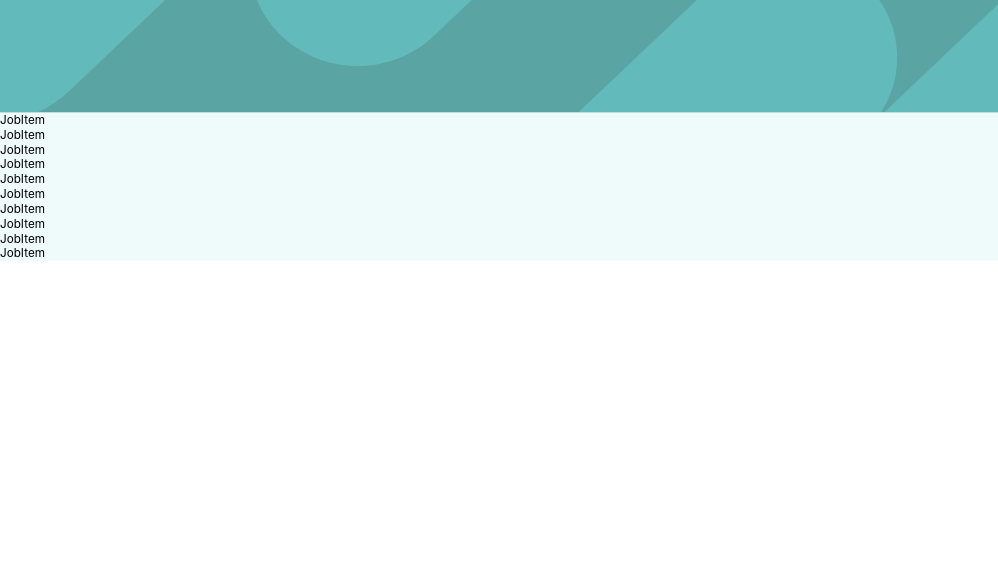
Repository: DevLaukey/job-listing
Page: /
An editor plug-in stored every save of this project. The page is shown before and after a run of saves, followed by the edit.
The browser window is 1280 px wide. The pictures show the whole page, at 78% of full size.
Some web fonts or font styles are not loaded; a fallback is used. The project was rebuilt for these pictures with package versions that can differ from the ones it lists, and the page was loaded fresh each time. Also part of the build but not shown: src/components/Filter.js.

Above is the page before, as saved 2022-06-05 23:46:31.

### src/App.js
import { useState } from "react";
import "./App.css";
import Filter from "./components/Filter";
import Header from "./components/Header";
import JobItem from "./components/JobItem";
import Tablet from "./components/Tablet";
import data from "./data.json";

function App() {
  const [tagList, setTagList] = useState([]);


    function filterTag(e) {
      if (tagList.length === 0) {
        return true;
      } else {
        let jobTags = [e.role, e.level, ...e.languages, ...e.tools];

        return tagList.every((tag) => jobTags.includes(tag));
      }
    }
  // const tablets = data.map((data) =>
  // (<Tablet
  //   key={data.id}
  //   company={data.company}
  //   neew={data.new}
  //   featured={data.featured}
  //   position={data.position}
  //   role={data.role}
  //   level={data.level}
  //   postedAt={data.postedAt}
  //   contract={data.contract}
  //   location={data.location}
  //   languages={data.languages}
  //   tools={data.tools}
  //   logo={data.logo} />));


  return (
    <div className="App">
      <Header />

      {data
        .filter((e) => filterTag(e))
        .map((e, id) => (
          <JobItem onClick={setTagList} tagList={tagList} key={id} data={e} />
        ))}
      {/* <Filter />
      <div className="content">{tablets}</div> */}
    </div>
  );
}

export default App;

### src/App.css
@import url('https://fonts.googleapis.com/css2?family=Grape+Nuts&family=League+Spartan&display=swap');
*{
  margin: 0;
  padding: 0;
  box-sizing: border-box;
}
.App{
  background-color: hsl(180, 52%, 96%);
  font-size: 15px;
}

### src/components/Header.js
import React from 'react'
import "./styles.css"

function Header() {
  return (
    <header className='header'></header>
  )
}

export default Header

### src/components/JobItem.js
import React from 'react'

function JobItem() {
  return (
    <div>JobItem</div>
  )
}

export default JobItem

### src/components/styles.css
.header {
  background-image: url(../assets/bg-header-mobile.svg);
  padding: 10vh;
  background-color: hsl(180, 29%, 50%);
}
.tablet {
  background-color: white;
  margin: 25px 25px 20px 25px;
  font-family: "League Spartan", sans-serif;
  border-radius: 3px;
  font-weight: 700;
}
.tablet:hover {
  border-left: 3px solid hsl(180, 29%, 50%);
}
.tablet_content {
  margin-left: 15px;
  margin-right: 30px;
  align-items: center;
}
.image {
  height: 50px;
  margin-top: -20px;
}
.heading {
  margin-top: 15px;
  display: flex;
}
.company {
  color: hsl(180, 29%, 50%);
  margin-right: 3em;
  margin-top: 5px;
}
.new {
  background-color: hsl(180, 29%, 50%);
  padding: 5px;
  color: white;
  border-radius: 25px;
  margin-right: 10px;
}
.featured {
  background-color: hsl(180, 14%, 20%);
  padding: 5px;
  color: white;
  border-radius: 25px;
}
.title {
  margin-top: 15px;
}
.title:hover {
  cursor: pointer;
  color: hsl(180, 29%, 50%);
}
.details {
  display: flex;
  color: hsl(180, 8%, 52%);
  font-weight: 400;
  margin-top: 15px;
  margin-bottom: 15px;
}
.list {
  display: flex;
  margin-left: 2em;
}
.country {
  margin-left: 2em;
}
.line {
  margin-bottom: 15px;
  color: gray;
}
.tags {
  color: hsl(180, 29%, 50%);
  display: flex;
  flex-wrap: wrap;
}
.category {
  background-color: hsl(180, 31%, 95%);
  padding: 10px;
  border-radius: 3px;
  margin: 5px;
}

.filter {
  display: flex;
  padding: 10px;
  border-radius: 3px;
  margin: -20px 20px 5px 20px;
  flex-wrap: wrap;
  justify-content: space-between;
}
.option {
  background-color: hsl(180, 31%, 95%);
  color: hsl(180, 29%, 50%);
  display: flex;
  align-items: center;
  width: fit-content;
  margin-bottom: 15px;
}
.front-end {
  padding: 5px;
}
.icon {
  margin-left: 10px;
  flex-grow: 1;
  height: 100%;
  padding: 5px;
  background-color: hsl(180, 29%, 50%);
}
.icon:hover{
  background-color: hsl(180, 14%, 20%);

}
.clear {
color: hsl(180, 29%, 50%);
}
.clear:hover{
  cursor: pointer;
  padding:3px;
  text-decoration: underline;
}
.desktop {
  display: block;
}
.category:hover {
  cursor: pointer;
  background-color: hsl(180, 29%, 50%);
  color: white;
}
/* media query */

@media screen and (min-width: 768px) {
  .header {
    background-image: url(../assets/bg-header-desktop.svg);
  }
  .line {
    display: none;
  }
  .tablet {
    display: flex;
    align-items: center;
    justify-content: space-between;
  }
  .desktop {
    display: flex;
  }
  .image {
    margin: 0;
    padding: 5px;
    height: 100%;
  }
}

### src/components/Tablet.js
import React, { useState } from "react";
import "./styles.css";

function Tablet({
  key,
  company,
  logo,
  neew,
  featured,
  position,
  role,
  level,
  postedAt,
  contract,
  location,
  languages,
  tools,
}) {
  return (
    <div className="tablet ">
      <div className="tablet_content">
        <div className="desktop">
          <img className="image" src={logo} alt="" />
          <div className="block">
            <div className="heading">
              <div className="company">
                <p>{company}</p>
              </div>
              <div>{neew && <p className="new">NEW!</p>}</div>
              <div>{featured && <p className="featured">FEATURED</p>}</div>
            </div>

            <div className="title">
              <p>{position}</p>
            </div>
            <div className="details">
              <p>{postedAt}</p>
              <ul className="list">
                <li>{contract}</li>
                <li className="country">{location}</li>
              </ul>
            </div>
          </div>
        </div>
        <hr className="line" />
      </div>
      <div className="tags">
        <p className="category">{level}</p>
        <p className="category">{role}</p>
        {languages.map((language) => (
          <p key={language} className="category" id="category">
            {language}
          </p>
        ))}
        {tools.map((tool) => (
          <p key={tool} className="category" id="category">
            {tool}
          </p>
        ))}
      </div>
    </div>
  );
}

export default Tablet;

Loaded but not shown: public/index.html (common file); src/index.js (common file); src/index.css (common file); src/reportWebVitals.js (common file); src/data.json (common file)

After the next 3 saves:
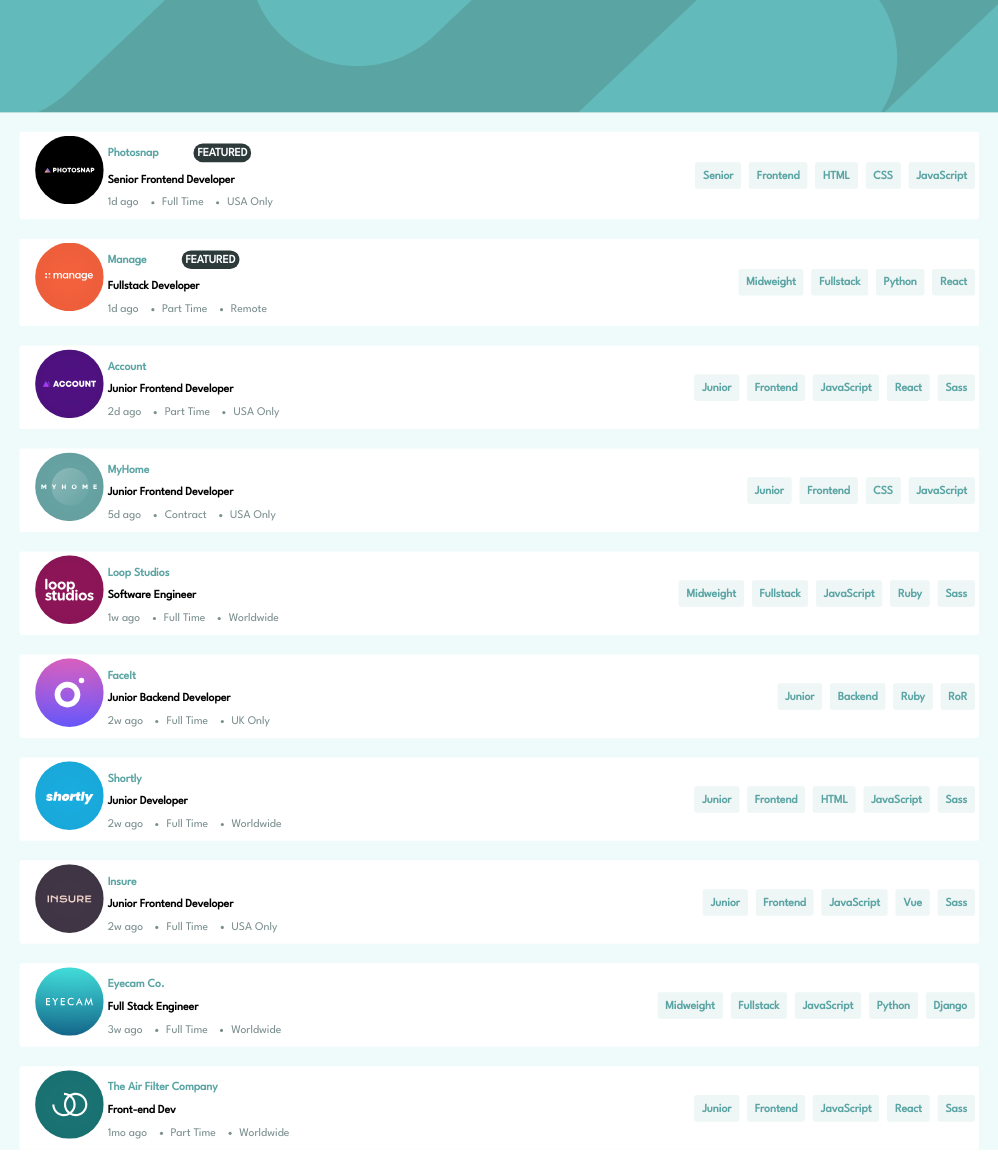
The 3 saves are shown as one change because 2 did not build or start.
The last was saved 3 min 48 s later.
--- a/src/App.js
+++ b/src/App.js
@@ -43,7 +43,7 @@ function App() {
       {data
         .filter((e) => filterTag(e))
         .map((e, id) => (
-          <JobItem onClick={setTagList} tagList={tagList} key={id} data={e} />
+          <Tablet onClick={setTagList} tagList={tagList} key={id} data={e} />
         ))}
       {/* <Filter />
       <div className="content">{tablets}</div> */}
--- a/src/components/Tablet.js
+++ b/src/components/Tablet.js
@@ -1,21 +1,9 @@
 import React, { useState } from "react";
 import "./styles.css";
 
-function Tablet({
-  key,
-  company,
-  logo,
-  neew,
-  featured,
-  position,
-  role,
-  level,
-  postedAt,
-  contract,
-  location,
-  languages,
-  tools,
-}) {
+function Tablet(props) {
+    let {logo, company,neew, featured, position, postedAt, contract, location,level, role, languages, tools} = props.data;
+
   return (
     <div className="tablet ">
       <div className="tablet_content">
